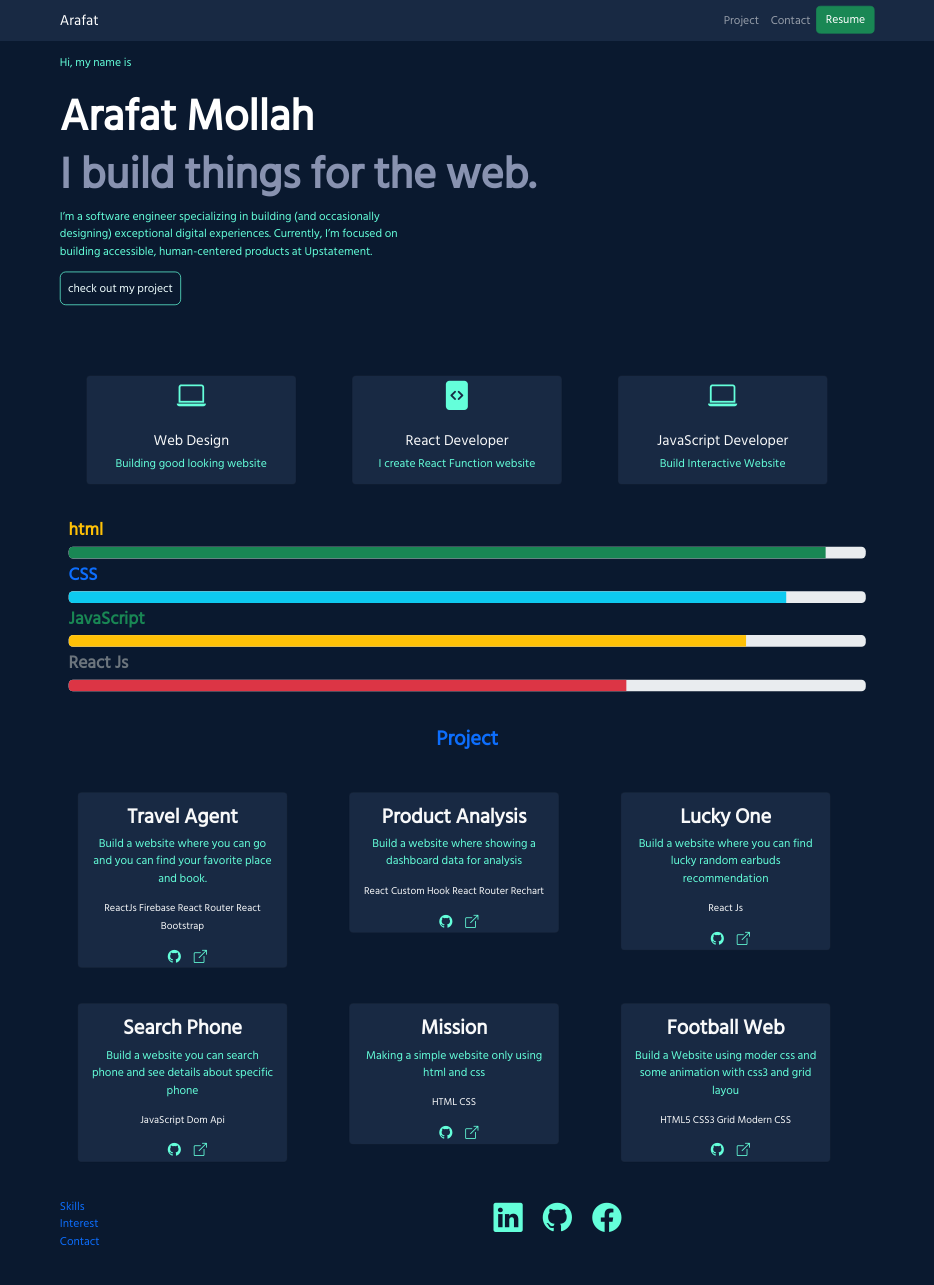
Repository: arafatmollah/personal-portfolio
Page: home.html
These files come from the project's save history. The page is drawn as it stood at one moment and after a run of saves; the edit follows.
The browser window is 1280 px wide. The pictures show the whole page, at 73% of full size.

Above is the page before, as saved 2023-07-25 16:33:36.

### home.html
<!DOCTYPE html>
<html lang="en">
<head>
    <meta charset="UTF-8">
    <meta http-equiv="X-UA-Compatible" content="IE=edge">
    <meta name="viewport" content="width=device-width, initial-scale=1.0">
    <link href="https://cdn.jsdelivr.net/npm/bootstrap@5.2.0/dist/css/bootstrap.min.css" rel="stylesheet" integrity="sha384-gH2yIJqKdNHPEq0n4Mqa/HGKIhSkIHeL5AyhkYV8i59U5AR6csBvApHHNl/vI1Bx" crossorigin="anonymous">
    <link rel="preconnect" href="https://fonts.googleapis.com">

<link rel="preconnect" href="https://fonts.gstatic.com" crossorigin>
<link href="https://fonts.googleapis.com/css2?family=Hind+Siliguri&display=swap" rel="stylesheet">
<link rel="stylesheet" href="https://cdn.jsdelivr.net/npm/bootstrap-icons@1.5.0/font/bootstrap-icons.css">
<link rel="stylesheet" href="style.css">
<link rel="icon" type="image/x-icon" href="image/favicon.png">
    <title>Arafat</title>
</head>
<body>
    <nav class="navbar navbar-expand-lg navbar-dark fixed-top">
        <div class="container">
          <a class="navbar-brand" href="#">Arafat
        </a>
          <button class="navbar-toggler" type="button" data-bs-toggle="collapse" data-bs-target="#navbarNavAltMarkup" aria-controls="navbarNavAltMarkup" aria-expanded="false" aria-label="Toggle navigation">
            <span class="navbar-toggler-icon"></span>
          </button>
          <div class="collapse navbar-collapse" id="navbarNavAltMarkup">
            <ul class="navbar-nav ms-auto">
             <li class="nav-item">
                <a class="nav-link" aria-current="page" href="#project">Project</a>
             </li>
             <li class="nav-item">
                <a class="nav-link" aria-current="page" href="#contact">Contact</a>
             </li>
             <li class="nav-item">
                <a href="https://docs.google.com/document/d/1VLn9V8pXKMefNCv0ukOr97x_7HlU2xA8BLmiSzx38MQ/edit?usp=sharing" target="_blank" class="btn btn-success">Resume</a>
             </li>
            </ul>
          </div>
        </div>
      </nav>

    <div class="hero my-5 container" id="#">
        <p>Hi, my name is <i class="fa-solid fa-code-simple"></i></p>
         <h1>Arafat Mollah</h1>
         <h1 class="desig">I build things for the web.</h1>
         <p class="title">I’m a software engineer specializing in building (and occasionally designing) exceptional digital experiences. Currently, I’m focused on building accessible, human-centered products at Upstatement.</p>
        <a href="#project" class="btn project">check out my project</a>

        <div class="container mt-5 g-5" id="interest">
           <div class="row">
            <div class="col-md-4 g-5">
                <div class="card text-light text-center" style="width: 18rem;">

                    <i class="bi bi-laptop"></i>
                    <i class="fa-solid fa-code-simple"></i>
                    <div class="card-body">
                      <h5 class="card-title">Web Design</h5>
                      <p class="card-text">Building good looking website</p>

                    </div>
                  </div>
            </div>
            <div class="col-md-4 g-5">
                <div class="card text-light text-center" style="width: 18rem;">
                    <i class="bi bi-filetype-html"></i>
                    <i class="bi bi-file-code-fill icon"></i>
                    <div class="card-body">
                      <h5 class="card-title">React Developer</h5>
                      <p class="card-text">I create React Function website</p>

                    </div>
                  </div>
            </div>
            <div class="col-md-4 g-5">
                <div class="card text-light text-center" style="width: 18rem;">
                  <i class="bi bi-laptop"></i>
                    <i class="fa-solid fa-code-simple"></i>

                    <div class="card-body">
                      <h5 class="card-title">JavaScript Developer</h5>
                      <p class="card-text">Build Interactive Website</p>

                    </div>
                  </div>
            </div>

           </div>
        </div>

        <div class="container my-5" id="skill">
            <h4 class="fw-bold text-warning my-2">html</h4>
            <div class="progress ">
                <div class="progress-bar bg-success" role="progressbar" aria-label="Success example" style="width: 95%" aria-valuenow="25" aria-valuemin="0" aria-valuemax="100"></div>
              </div>
            <h4 class="fw-bold text-primary my-2">CSS</h4>
              <div class="progress">
                <div class="progress-bar bg-info" role="progressbar" aria-label="Info example" style="width: 90%" aria-valuenow="50" aria-valuemin="0" aria-valuemax="100"></div>
              </div>
              <h4 class="fw-bold text-success my-2">JavaScript</h4>
              <div class="progress">
                <div class="progress-bar bg-warning" role="progressbar" aria-label="Warning example" style="width: 85%" aria-valuenow="75" aria-valuemin="0" aria-valuemax="100"></div>
              </div>
              <h4 class="fw-bold text-secondary my-2">React Js</h4>
              <div class="progress">
                <div class="progress-bar bg-danger" role="progressbar" aria-label="Danger example" style="width: 70%" aria-valuenow="100" aria-valuemin="0" aria-valuemax="100"></div>
              </div>
        </div>

        <div class="container" id="project">
            <h2 class="text-center text-primary fw-bold fs-3">Project</h2>
            <div class="row">
                <div class="col-md-4 g-5"><div class="card text-light text-center" style="width: 18rem;">
                    <div class="card-body">
                      <h3 class="card-title fw-bold">Travel Agent</h3>
                      <p class="card-text">Build a website where you can go and you can find your favorite place and book.
                      </p>
                      <small>ReactJs  Firebase  React Router  React Bootstrap</small>
                    </div>
                    <div class="ico text-left fs-5">
                        <a target="_blank" href="https://github.com/arafatmollah/service-provider"><i class="bi bi-github"></i></a>
                        <a target="_blank" href="https://go-world-arafat.netlify.app/"><i class="bi bi-box-arrow-up-right"></i></a>
                    </div>
                  </div>

                </div>
                <div class="col-md-4 g-5"><div class="card text-light text-center" style="width: 18rem;">


                    <div class="card-body">
                      <h3 class="card-title fw-bold">Product Analysis</h3>
                      <p class="card-text">Build a website where showing a dashboard data for analysis</p>
                      <small>React  Custom Hook  React Router  Rechart</small>

                    </div>
                    <div class="ico text-left fs-5">
                        <a href="https://github.com/arafatmollah/product-analysis" target="_blank"><i class="bi bi-github"></i></a>
                        <a href="https://product-analysis-arafat.netlify.app/" target="_blank"><i class="bi bi-box-arrow-up-right"></i></a>
                    </div>
                  </div></div>
                <div class="col-md-4 g-5"><div class="card  text-light text-center" style="width: 18rem;">


                    <div class="card-body">
                      <h3 class="card-title fw-bold">Lucky One</h3>
                      <p class="card-text">Build a website where you can find lucky random earbuds recommendation</p>
                      <small>React Js</small>

                    </div>
                    <div class="ico text-left fs-5">
                        <a href="https://github.com/arafatmollah/lucky-one" target="_blank"><i class="bi bi-github"></i></a>
                        <a href="https://lucky-one-arafat.netlify.app/" target="_blank"><i class="bi bi-box-arrow-up-right"></i></a>
                    </div>
                  </div></div>
            </div>
            <div class="row">
                <div class="col-md-4 g-5"><div class="card text-light text-center" style="width: 18rem;">


                    <div class="card-body">
                      <h3 class="card-title fw-bold">Search Phone</h3>
                      <p class="card-text">Build a website you can search phone and see details about specific phone</p>
                      <small>JavaScript Dom  Api
                      </small>

                    </div>
                    <div class="ico text-left fs-5">
                        <a href="https://github.com/arafatmollah/phone-hunter" target="_blank"><i class="bi bi-github"></i></a>
                        <a href="https://phone-search-arafat.netlify.app/" target="_blank"><i class="bi bi-box-arrow-up-right"></i></a>
                    </div>
                  </div></div>
                <div class="col-md-4 g-5"><div class="card text-light text-center" style="width: 18rem;">


                    <div class="card-body">
                      <h3 class="card-title fw-bold">Mission</h3>
                      <p class="card-text">Making a simple website only using html and css
                      </p>
                      <small>HTML CSS</small>

                    </div>
                    <div class="ico text-left fs-5">
                        <a href="https://github.com/arafatmollah/mission_2022" target="_blank"><i class="bi bi-github"></i></a>
                        <a href="https://arafatmollah.github.io/mission_2022/index.html" target="_blank"><i class="bi bi-box-arrow-up-right"></i></a>
                    </div>
                  </div></div>
                <div class="col-md-4 g-5"><div class="card text-light text-center" style="width: 18rem;">


                    <div class="card-body">
                      <h3 class="card-title fw-bold">Football Web</h3>
                      <p class="card-text">Build a Website using moder css and some animation with css3 and grid layou</p>
                      <small>HTML5 CSS3 Grid Modern CSS</small>

                    </div>
                    <div class="ico text-left fs-5">
                        <a href="https://github.com/arafatmollah/football-web" target="_blank"><i class="bi bi-github"></i></a>
                        <a href="https://arafatmollah.github.io/football-web/index.html" target="_blank"><i class="bi bi-box-arrow-up-right"></i></a>
                    </div>
                  </div></div>
            </div>
        </div>


        <div class="footer my-5" id="contact">
            <div class="row g-4">
                <div class="col-md-6 text-primary d-flex flex-column justify-content-center ">
                    <li class="nav-item"><a href="#skill">Skills</a></li>
                        <li class="nav-item"><a href="#interest">Interest</a></li>
                    <li class="nav-item"><a href="arafatshuvo18@gmail.com">Contact</a></li>
                </div>
                <div class="col-md-6">
                   <div class="row">
                    <div class="col-md-12 footer-nav">
                      <a href="http://www.linkedin.com/in/arafatmshuvo"><i class="bi bi-linkedin p-4"></i></a>
                      <a href="https://github.com/arafatmollah"><i class="bi bi-github"></i></a>
                      <a href="https://www.facebook.com/shuvo.arafat.37/"><i class="bi bi-facebook p-4"></i></a>
                    </div>
                   </div>
                </div>
            </div>
        </div>










        <script src="https://cdn.jsdelivr.net/npm/bootstrap@5.2.0/dist/js/bootstrap.bundle.min.js" integrity="sha384-A3rJD856KowSb7dwlZdYEkO39Gagi7vIsF0jrRAoQmDKKtQBHUuLZ9AsSv4jD4Xa" crossorigin="anonymous"></script>
    </div>

</body>
</html>

### style.css
@import url('https://fonts.googleapis.com/css2?family=Hind+Siliguri&display=swap');

body{
    font-family: 'Hind Siliguri', sans-serif;
    margin: 0px;
    padding: 0px;
    background-color: #0A192F;
}
.hero p{
    color: #64ffda;
}
.hero h1{
    font-size: 60px;
    font-weight: 600;
    color: white;
}
.hero .desig{
    color: #8892b0;
}
.hero .title{
    max-width: 500px;
}
.project{
    border-color: #64ffda;
    border-radius: 8px;
    color: azure;
    background-color: #0A192F;
    padding: 10px;
}
.project:hover{
    background-color: #64ffdb17;
    color: white;
}
i{
    color: #64ffda;
    font-size: 40px;
}
.ico i{
    margin-left: 13px;
    font-size: 18px;
}
li{
    list-style: none;
}
.card{
    background-color: #182943;
}
nav{
    background-color: #182943;
}
a{
    text-decoration: none;
}

After the next 2 saves:
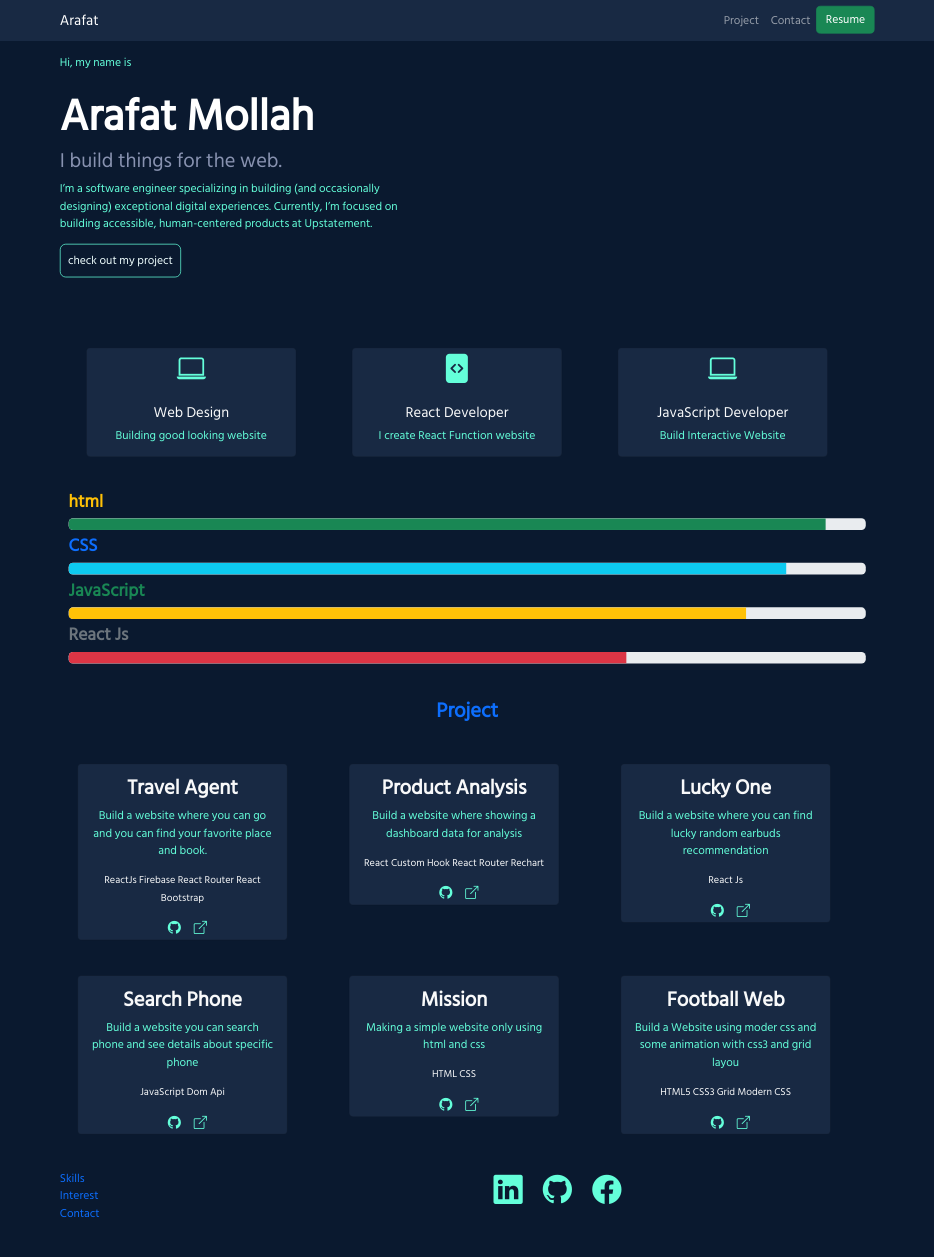
The 2 saves are shown as one change because they came seconds apart.
The last was saved 64 s later.
--- a/home.html
+++ b/home.html
@@ -41,7 +41,7 @@
     <div class="hero my-5 container" id="#">
         <p>Hi, my name is <i class="fa-solid fa-code-simple"></i></p>
          <h1>Arafat Mollah</h1>
-         <h1 class="desig">I build things for the web.</h1>
+         <h3 class="desig">I build things for the web.</h3>
          <p class="title">I’m a software engineer specializing in building (and occasionally designing) exceptional digital experiences. Currently, I’m focused on building accessible, human-centered products at Upstatement.</p>
         <a href="#project" class="btn project">check out my project</a>
 
